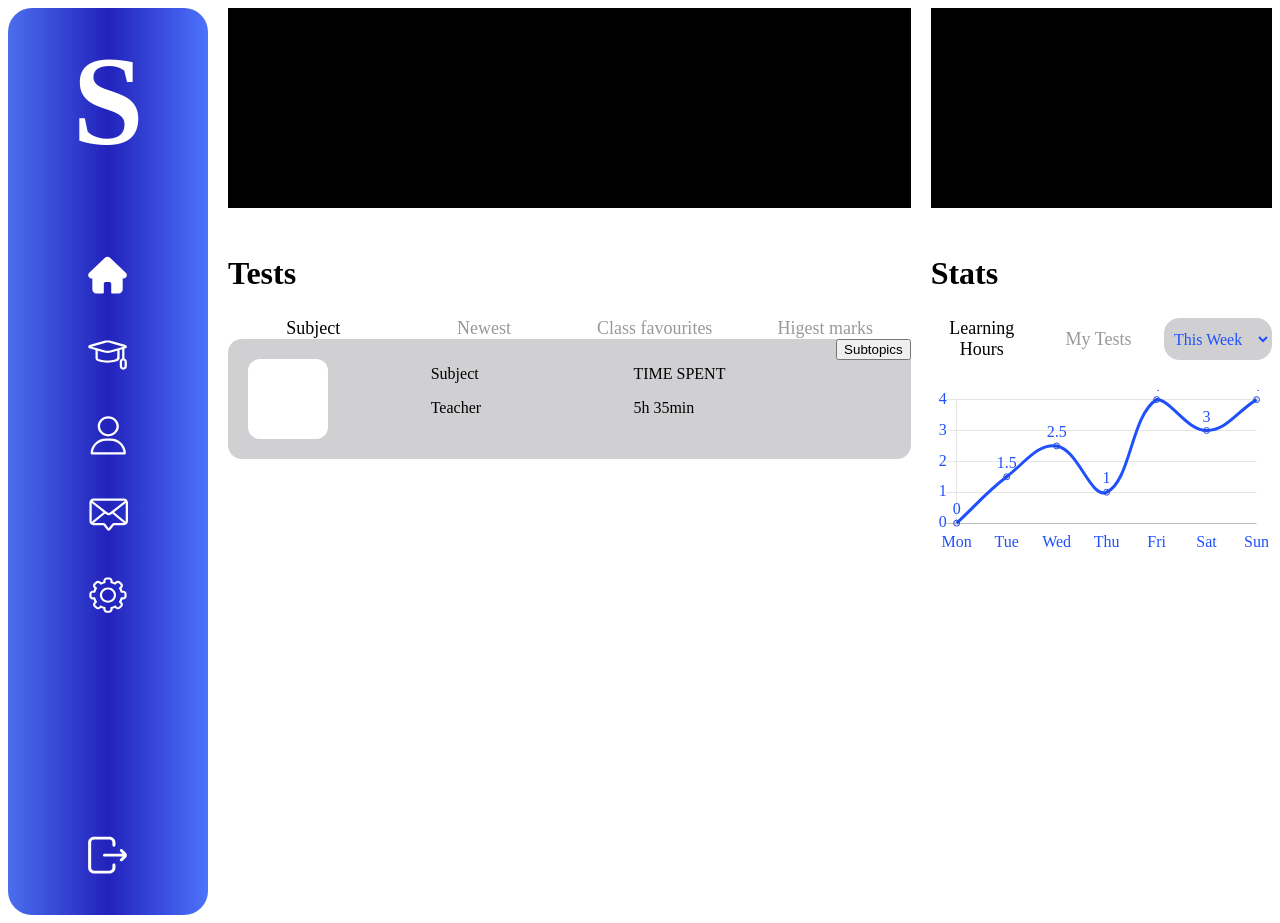
Repository: rafalzacher1/smartify-interface
Page: home.html
These files come from the project's save history. The page is drawn as it stood at one moment and after the next save; the edit follows.
The browser window is 1280 px wide. The pictures show the whole page.
Some web fonts or font styles are not loaded; a fallback is used. Some web libraries are served in a nearby version.

Above is the page before, as saved 2022-06-30 04:55:00.

After the next save:
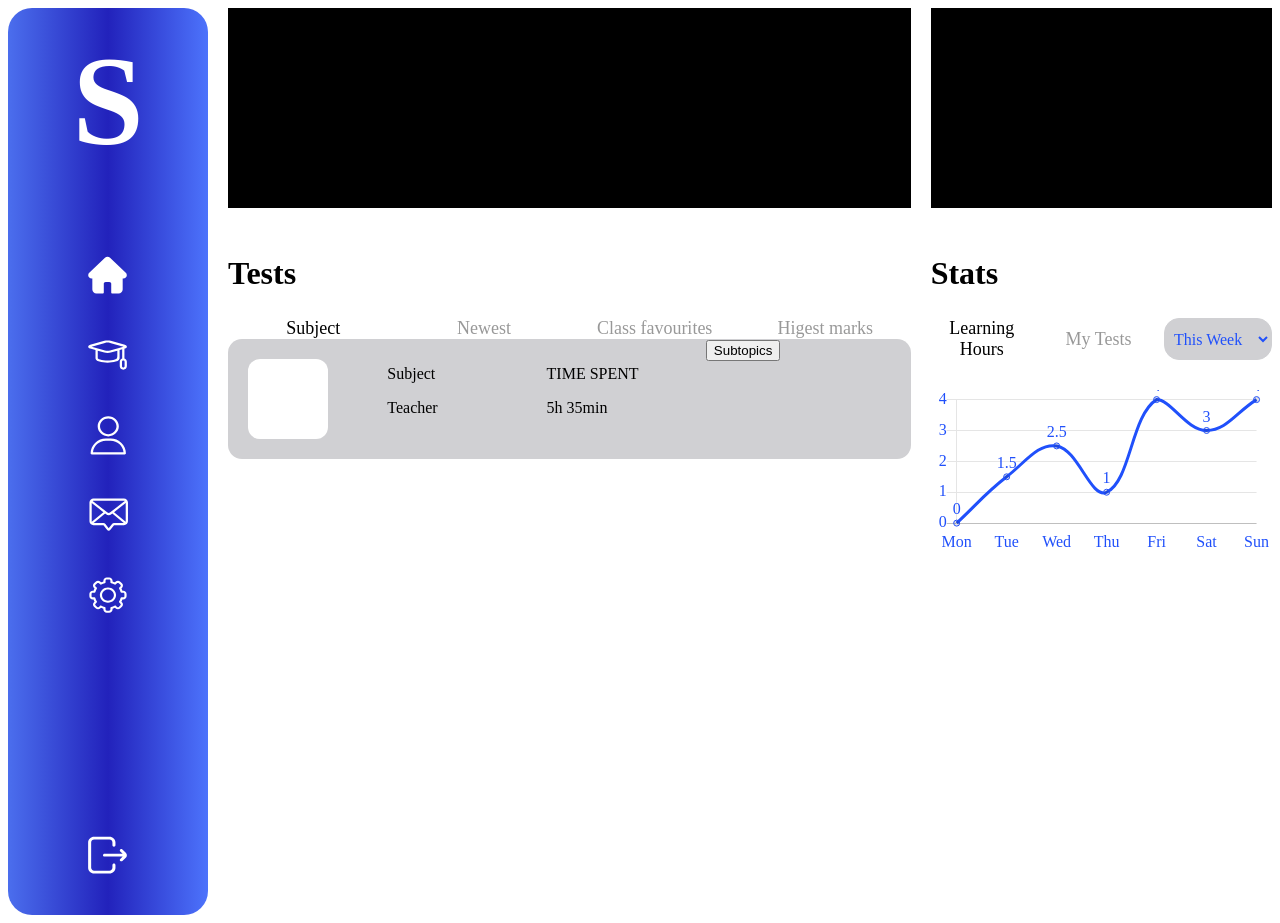
Saved 14 s later.
--- a/styles/tests.css
+++ b/styles/tests.css
@@ -16,6 +16,7 @@
 }
 
 .test-option,
+.class-subtopics,
 input[type="submit"],
 input[type="reset"] {
   background: none;

After the save that followed:
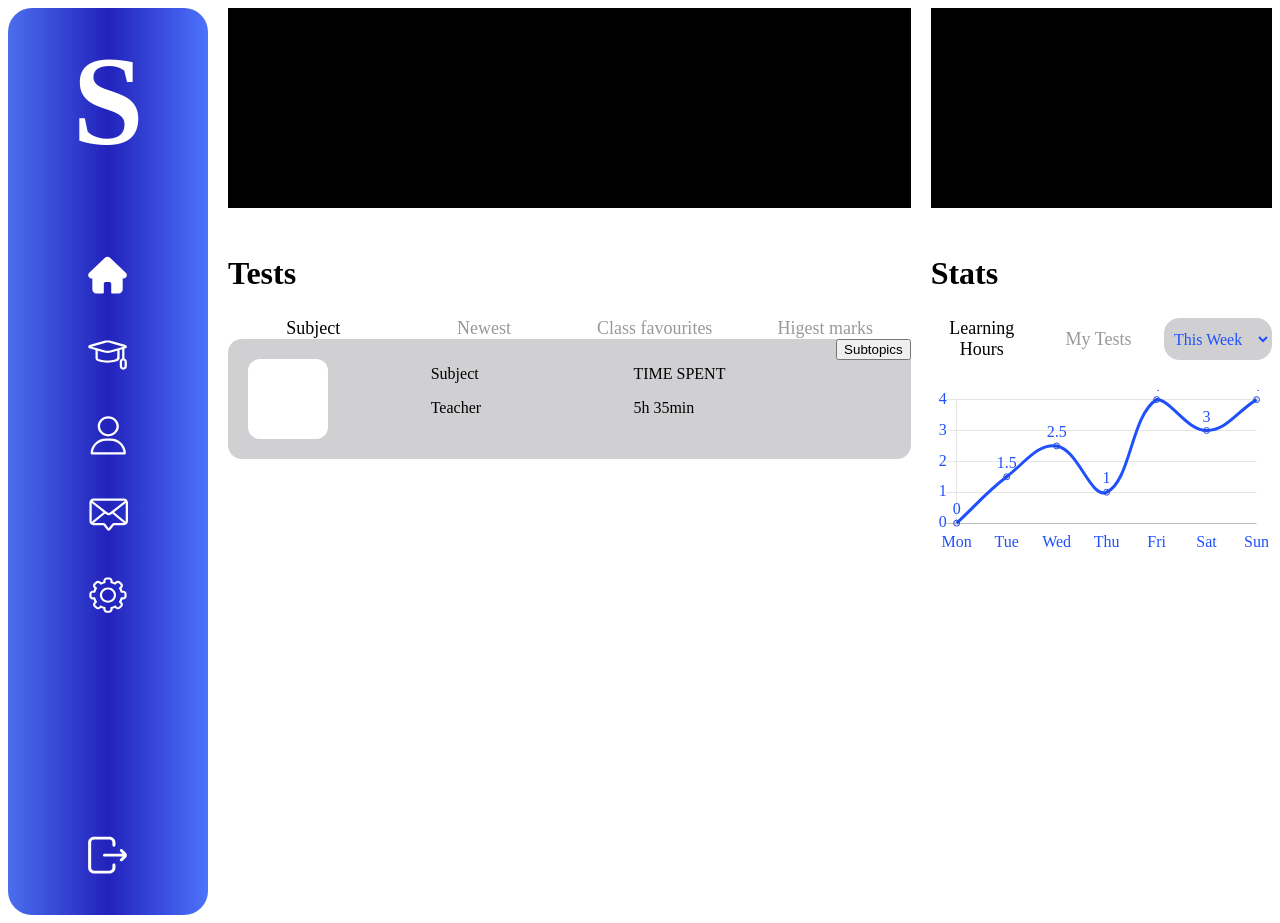
Saved 6 s later.
--- a/styles/tests.css
+++ b/styles/tests.css
@@ -16,7 +16,6 @@
 }
 
 .test-option,
-.class-subtopics,
 input[type="submit"],
 input[type="reset"] {
   background: none;
